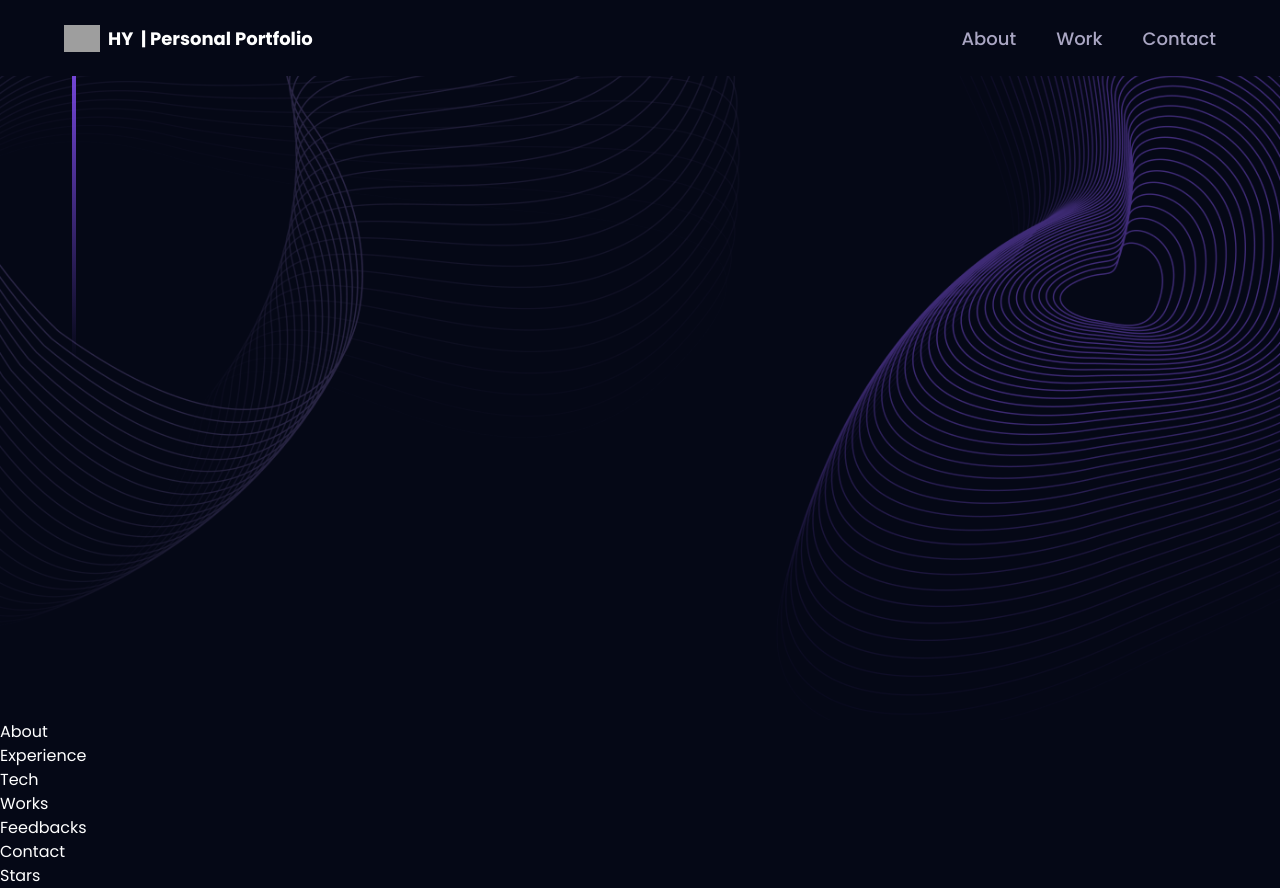
Repository: huiyyee/3d_portfolio
Page: /
The author's editor kept a copy of each file at every save. The page is drawn from the files as they stood at one save, then again after a run of saves.
The browser window is 1280 px wide. The pictures show the whole page.
Pictures or frames that could not be fetched are drawn as grey boxes. The project was rebuilt for these pictures with package versions that can differ from the ones it lists, and the page was loaded fresh each time. Also part of the build but not shown: vite.config.js, src/components/canvas/Earth.jsx, src/components/canvas/Ball.jsx, src/components/canvas/Computers.jsx.

Above is the page before, as saved 2024-10-10 23:11:30.

After the next 2 saves:
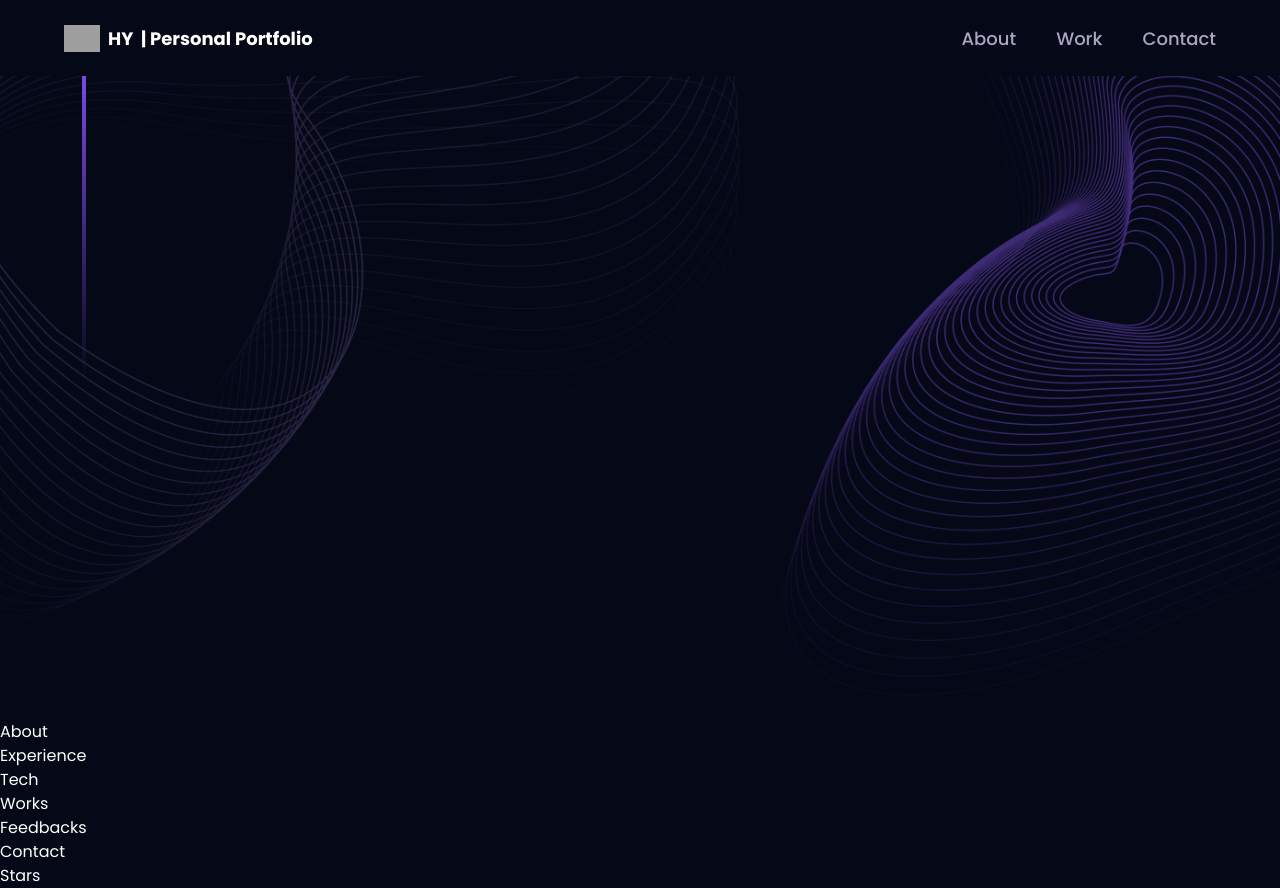
The 2 saves are shown as one change because they came seconds apart.
The last was saved 56 s later.
--- a/src/components/Hero.jsx
+++ b/src/components/Hero.jsx
@@ -9,7 +9,7 @@
       inset-0 top-[120px] max-w-7xl mx-auto flex flex-row items-start gap-5`}>
         <div className="flex flex-col
         justify-center items-center mt-5">
-          <div className="w-5 h-5 rounded-full bg-[#915eff]"/>
+          <div className="w-10 h-10 rounded-full bg-[#915eff]"/>
           <div className='w-1 sm:h-80 h-40 violet-gradient'/>
         </div>
       </div>

After the save that followed:
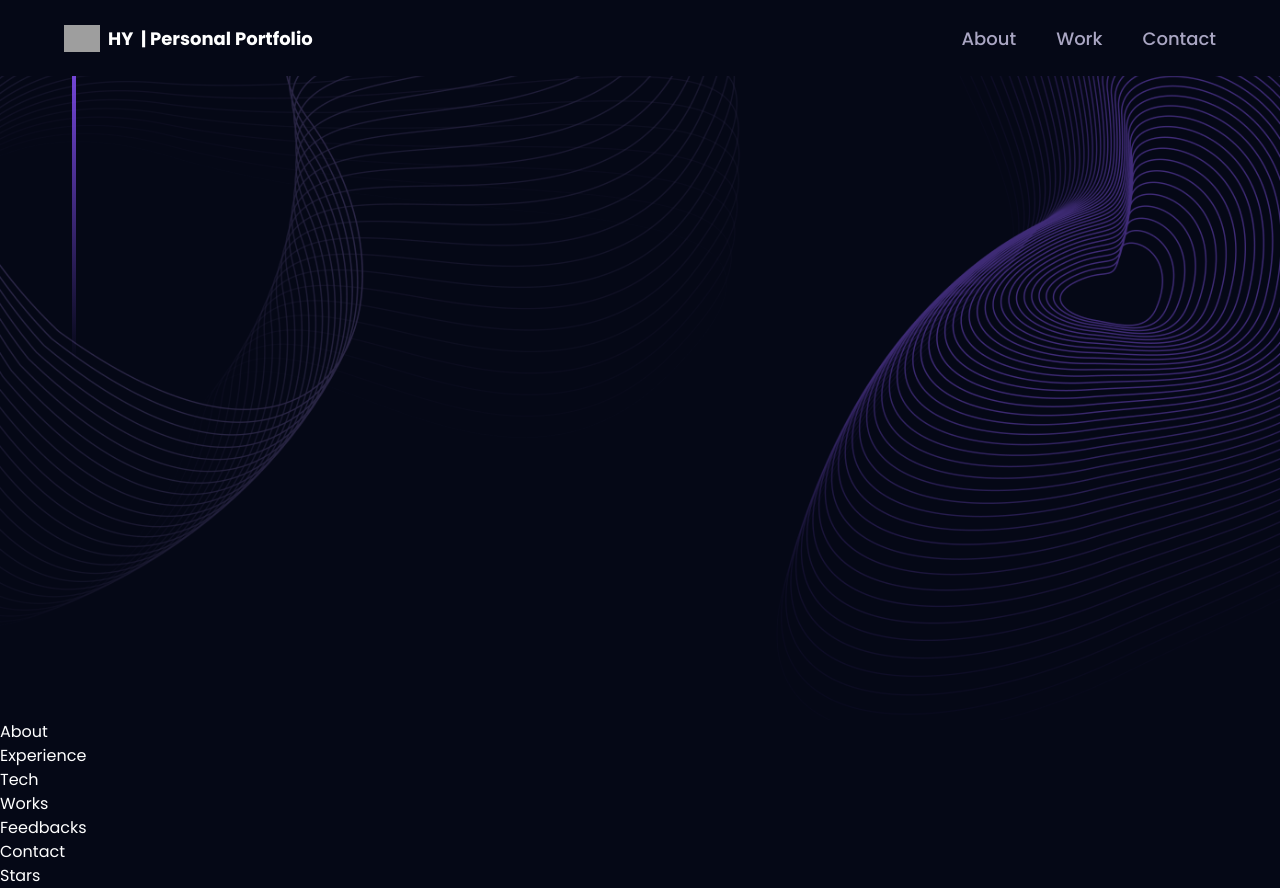
Saved 5 s later.
--- a/src/components/Hero.jsx
+++ b/src/components/Hero.jsx
@@ -9,7 +9,7 @@
       inset-0 top-[120px] max-w-7xl mx-auto flex flex-row items-start gap-5`}>
         <div className="flex flex-col
         justify-center items-center mt-5">
-          <div className="w-10 h-10 rounded-full bg-[#915eff]"/>
+          <div className="w-5 h-5 rounded-full bg-[#915eff]"/>
           <div className='w-1 sm:h-80 h-40 violet-gradient'/>
         </div>
       </div>
